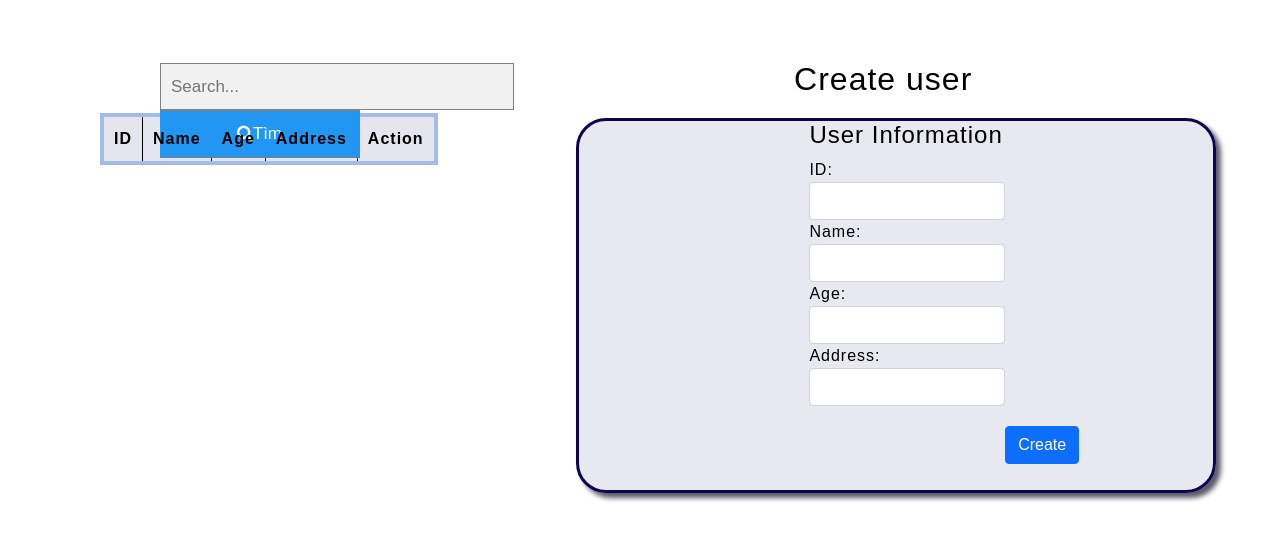
Repository: minhtuan16/JS-Basic
Page: CRUD-Department/create.html
The author's editor kept a copy of each file at every save. The page is drawn from the files as they stood at one save, then again after the next save.
The browser window is 1280 px wide. The pictures show the whole page.

Above is the page before, as saved 2022-06-09 00:48:47.

### CRUD-Department/create.html
<!DOCTYPE html>
<html lang="en">
<head>
    <meta charset="UTF-8">
    <meta http-equiv="X-UA-Compatible" content="IE=edge">
    <meta name="viewport" content="width=device-width, initial-scale=1.0">
    <link rel="stylesheet" href="https://cdnjs.cloudflare.com/ajax/libs/font-awesome/4.7.0/css/font-awesome.min.css">
    <link href="https://cdn.jsdelivr.net/npm/bootstrap@5.1.3/dist/css/bootstrap.min.css" rel="stylesheet" integrity="sha384-1BmE4kWBq78iYhFldvKuhfTAU6auU8tT94WrHftjDbrCEXSU1oBoqyl2QvZ6jIW3" crossorigin="anonymous">
    <link rel="stylesheet" href="styles/style.css">
    <link rel="stylesheet" href="styles/search.css">
    <title>User</title>
</head>
<body>

    <h2>Create user</h2>
    <!--create a form with the following fiels,email, password, first name, last name, age, address, phone, payment, color-->


    <form id="registerForm" class="container">
        <h4>User Information</h4>
        <div class="control">
            <label>ID:</label>
            <input class="form-control" id="id" type="text" value="" />
        </div>

        <div class="control">
            <label>Name:</label>
            <input class="form-control" id="name" type="text" value="" />
        </div>
        <div class="control">
            <label>Age:</label>
            <input class="form-control" id="age" type="text" value="" />
        </div>
        <div class="control">
            <label>Address:</label>
            <input class="form-control" id="address" type="text" value="" />
        </div>

        <button type="button" class="btn btn-primary" id="btnSave" onclick="create()">Create</button>

        <button type="button" class="btn btn-primary" id="btnUpdate" onclick="update()" style="display: none;">Save</button>
    </form>

    <div class="search-container">
        <form >
            <input type="text" placeholder="Search..." id="search" value="">
            <button type="button" onclick="search()" style="width: 200px;"><i class="fa fa-search"></i>Tìm</button>
        </form>
    </div>

    <table border="1px">

        <tr>
            <td>ID</td>
            <td>Name</td>
            <td>Age</td>
            <td>Address</td>
            <td>Action</td>
        </tr>

        <tbody id="tableBody">

        </tbody>
    </table>
    <script src="scripts/create.js"></script>
</body>
</html>

### CRUD-Department/styles/style.css
/* Global */
.control{
    width: 50%;
}
.error{
    border: 2px solid red;
}
html{
    font-family: Verdana, Geneva, Tahoma, sans-serif;
    letter-spacing: 1px;
}
h2{
    text-align: center;
}
body{
    /* background-color: #141E61; */
    color: #000000;
}
/* Nav */
a {
    display: inline-block;
    text-decoration: none;
    color: black;
    padding: 5px;
    background-color: #9498a3;
    vertical-align: middle;
    -webkit-transform: perspective(1px) translateZ(0);
    transform: perspective(1px) translateZ(0);
    box-shadow: 0 0 1px rgba(0, 0, 0, 0);
    position: relative;
}

a:before {
    content: '';
    position: absolute;
    border: #e1e1e1 solid 4px;
    top: 0;
    right: 0;
    bottom: 0;
    left: 0;
    -webkit-transition-duration: 0.3s;
    transition-duration: 0.3s;
    -webkit-transition-property: top, right, bottom, left;
    transition-property: top, right, bottom, left;
}

a:hover:before,
a:focus:before,
.a:active:before {
    top: -8px;
    right: -8px;
    bottom: -8px;
    left: -8px;
}

/* Index */
#sign-in {
    border: #0F044C solid 3px;
    background-color: #1225ee34;
    box-shadow: 5px 5px 5px #0F044C;
    padding-left: 20%;
    padding-bottom: 20%;
    width: 20rem;
    margin-left: 20%;
    border-radius: 30px;
}

/* Register */
.nav-btn {
    margin-left: 20px;
    margin-top: 20px
}

h2 {
    margin-left: 38%;
    margin-top: 60px;
}

#registerForm {
    border: #0F044C solid 3px;
    background-color: #8f92b434;
    box-shadow: 5px 5px 5px #5c5a68;
    padding-left: 18%;
    padding-bottom: 2%;
    width: 50%;
    margin-left: 45%;
    border-radius: 30px;
    margin-top: 20px;
}

#btnSave {
    margin-left: 50%;
    margin-top: 20px;
}

#btnShow {
    margin-left: -80%;
    margin-top: 20px;
}

#btnUpdate {
    margin-left: 50%;
    margin-top: 20px;
}

/* Users */
table {
    border: #a0bce7 4px solid;
    background-color: #8184a734;
    /* margin-top: 50px;
    margin-left: 500px; */
    margin-top: -380px;
    margin-left: 100px;
}

/* h1 {
    margin-top: -450px;
} */
table form input {
    margin-left: 100px;
}

table td {
    border: #000000 1px solid;
    text-align: center;
    font-weight: 900;
    padding: 10px;
}

td {
    font-weight: 100;
    border: #e1e1e1 solid 1px;
    padding: 5px;
}

### CRUD-Department/styles/search.css
* {box-sizing: border-box;}

body {
  margin: 0;
  font-family: Arial, Helvetica, sans-serif;
}

.search-container {
    float: left;
}
.search-container input[type=text] {
    padding: 10px;
    font-size: 17px;
    border: 1px solid grey;
    float: left;
    width: 80%;
    background: #f1f1f1;
}

.search-container button {
    float: left;
    width: 20%;
    padding: 10px;
    background: #2196F3;
    color: white;
    font-size: 17px;
    border: 1px solid grey;
    border-left: none;
    cursor: pointer;
}

.topnav .search-container button:hover {
  background: #ccc;
}

@media screen and (max-width: 600px) {
  .topnav .search-container {
    float: none;
  }
  .topnav a, .topnav input[type=text], .topnav .search-container button {
    float: none;
    display: block;
    text-align: left;
    width: 100%;
    margin: 0;
    padding: 14px;
  }
  .topnav input[type=text] {
    border: 1px solid #ccc;
  }
}

.search-container {
    margin-left: 160px;
    margin-top: -430px;
}

### CRUD-Department/scripts/create.js

var data = [
    {id: 1, name: "xyz1", age: 18, address: "hn"},
    {id: 2, name: "xyz2", age: 20, address: "hn"},
    {id: 3, name: "xyz3", age: 21, address: "hn"}
]

function drawTable(person) {
    var table = document.createElement("table");
    var tr = document.createElement("tr");
    var tdid = document.createElement("td");
    var tdName = document.createElement("td");
    var tdAge = document.createElement("td");
    var tdAddress = document.createElement("td");
    var tdOption = document.createElement("td");

    var editBtn = document.createElement("button");
    var deleteBtn = document.createElement("button");

    editBtn.innerText = 'Edit';
    deleteBtn.innerText = 'Delete';

    tdOption.appendChild(editBtn);
    tdOption.appendChild(deleteBtn);

    //bat su kien edit
    editBtn.onclick = function() {
        editPerson(person.id);
    }

    //bat su kien edit
    deleteBtn.onclick = function() {
        deletePerson(person.id);
    }

    tdid.innerHTML = person.id;
    tdName.innerHTML = person.name;
    tdAge.innerHTML = person.age;
    tdAddress.innerHTML = person.address;

    tr.appendChild(tdid);
    tr.appendChild(tdName);
    tr.appendChild(tdAge);
    tr.appendChild(tdAddress);
    tr.appendChild(tdOption)

    var tableBody = document.getElementById("tableBody");
    tableBody.appendChild(tr);
}

function resetDrawTable(persons) {
    var tableBody = document.getElementById("tableBody");
    tableBody.innerHTML = "";

    for (var i = 0; i < persons.length; i++) {
        drawTable(persons[i]);
    }
}

// resetDrawTable(data)
function create() {

    var id = document.getElementById("id").value;
    var name = document.getElementById("name").value;
    var age = document.getElementById("age").value;
    var address = document.getElementById("address").value;

    if (id.length > 0 && name.length > 0 && age.length > 0 && address.length > 0) {
        var p = {id: id, name: name, age: age, address: address};

        data.push(p);

        resetDrawTable(data);

        alert('Create Success');

        document.getElementById("id").value = "";
        document.getElementById("name").value = "";
        document.getElementById("age").value = "";
        document.getElementById("address").value = "";

    } else {
        alert('Dien day du thong tin');
    }
}

function show() {
    var table = document.getElementById("table");
    table.style.display = 'block';
}

function editPerson(id) {
    var index = data.findIndex(x => x.id == id);
    let person = data[index];

    var idIp = document.getElementById("id");
    var nameIp = document.getElementById("name");
    var ageIp = document.getElementById("age");
    var addressIp = document.getElementById("address");

    idIp.value = person.id;
    nameIp.value = person.name;
    ageIp.value = person.age;
    addressIp.value = person.address;

    document.getElementById("btnUpdate").style.display = 'block';
    document.getElementById("btnSave").style.display = 'none';
}

function update() {
    var idIp = document.getElementById("id");
    var nameIp = document.getElementById("name");
    var ageIp = document.getElementById("age");
    var addressIp = document.getElementById("address");

    var id = idIp.value;
    var name = nameIp.value;
    var age = ageIp.value;
    var address = addressIp.value;

    var index = data.findIndex(x => x.id == id);

    if (id.length > 0 && name.length > 0 && age.length > 0 && address.length > 0) {
        data[index] = {id: id, name: name, age: age, address: address};

        resetDrawTable(data);
        alert('Update Success');

        idIp.value = "";
        nameIp.value = "";
        ageIp.value = "";
        addressIp.value = "";

    } else {
        alert('Dien day du thong tin');
    }

    document.getElementById("btnUpdate").style.display = 'none';
    document.getElementById("btnSave").style.display = 'block';
}

function deletePerson(id) {
    var newData = data.filter(x => x.id != id);

    data = newData;

    resetDrawTable(data);
}

function search() {
    var search = document.getElementById("search").value;
    console.log(search);
    var index = data.findIndex(x => x.name == search);

    data[index] = {id: id, name: name, age: age, address: address};

    resetDrawTable(data)
}

After the next save:
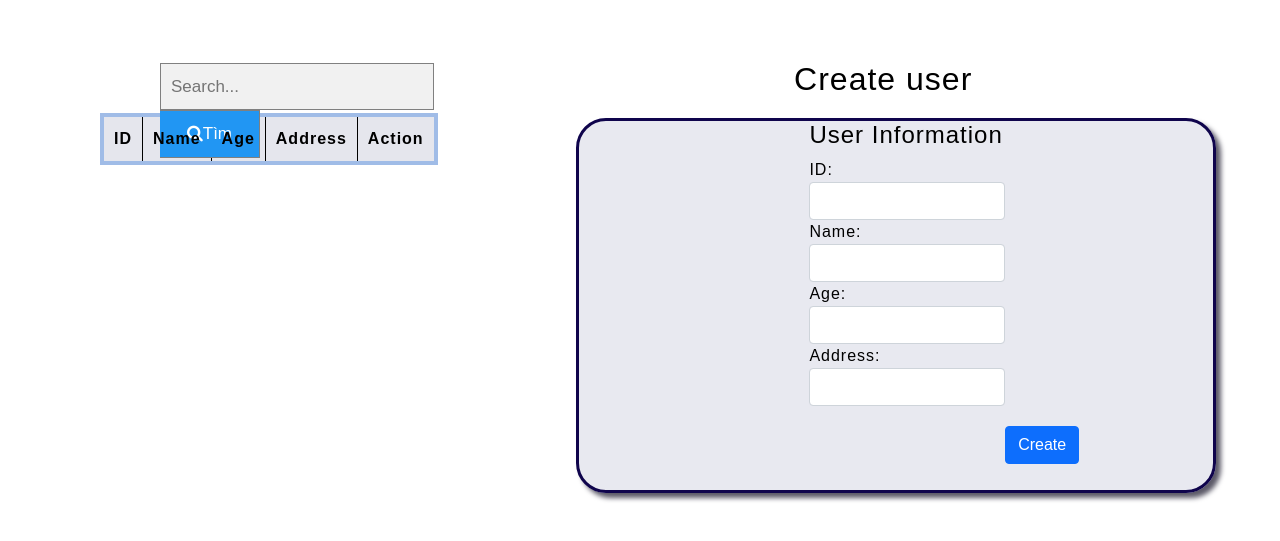
Saved 6 s later.
--- a/CRUD-Department/create.html
+++ b/CRUD-Department/create.html
@@ -44,7 +44,7 @@
     <div class="search-container">
         <form >
             <input type="text" placeholder="Search..." id="search" value="">
-            <button type="button" onclick="search()" style="width: 200px;"><i class="fa fa-search"></i>Tìm</button>
+            <button type="button" onclick="search()" style="width: 100px;"><i class="fa fa-search"></i>Tìm</button>
         </form>
     </div>
 
